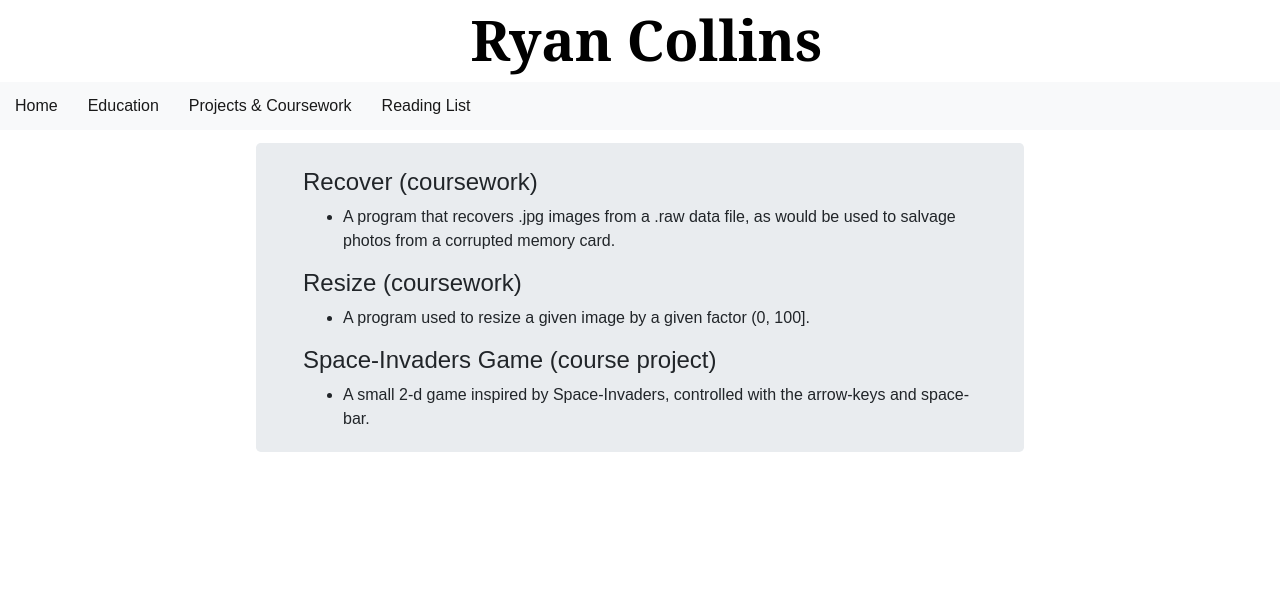
Repository: RyanMCollins/cs50
Page: pset5/homepage/projects.html
The author's editor kept a record of every edit. The page is drawn from the files as they stood at one moment, then again after the next edit.
The browser window is 1280 px wide. The pictures show the whole page.

Above is the page before.

### pset5/homepage/projects.html
<!DOCTYPE html>

<html lang="en">
    <head>
        <meta name="viewport" content="width=device-width, initial-scale=1, shrink-to-fit=no">
        <script src="https://code.jquery.com/jquery-3.3.1.slim.min.js" integrity="sha384-q8i/X+965DzO0rT7abK41JStQIAqVgRVzpbzo5smXKp4YfRvH+8abtTE1Pi6jizo" crossorigin="anonymous"></script>
        <script src="https://cdnjs.cloudflare.com/ajax/libs/popper.js/1.14.3/umd/popper.min.js" integrity="sha384-ZMP7rVo3mIykV+2+9J3UJ46jBk0WLaUAdn689aCwoqbBJiSnjAK/l8WvCWPIPm49" crossorigin="anonymous"></script>
        <script src="https://stackpath.bootstrapcdn.com/bootstrap/4.1.3/js/bootstrap.min.js" integrity="sha384-ChfqqxuZUCnJSK3+MXmPNIyE6ZbWh2IMqE241rYiqJxyMiZ6OW/JmZQ5stwEULTy" crossorigin="anonymous"></script>
        <link href="https://stackpath.bootstrapcdn.com/bootstrap/4.1.3/css/bootstrap.min.css" rel="stylesheet">
        <link href="styles.css" rel="stylesheet">
        <title>Projects & Coursework</title>
    </head>
    <body>
        <h1 id="site-title">
            Ryan Collins
        </h1>
        <nav class="navbar navbar-expand-lg navbar-light bg-light">

            <button class="navbar-toggler" type="button" data-toggle="collapse" data-target="#navbarSupportedContent" aria-controls="navbarSupportedContent" aria-expanded="false" aria-label="Toggle navigation">
                <span class="navbar-toggler-icon"></span>
              </button>

              <div class="collapse navbar-collapse" id="navbarSupportedContent">
                <ul class="navbar-nav mr-auto">
                  <li class="nav-item active">
                    <a class="nav-link" href="/home">Home<span class="sr-only">(current)</span></a>
                  </li>
                  <li class="nav-item active">
                    <a class="nav-link" href="/education">Education<span class="sr-only">(current)</span></a>
                  </li>
                  <li class="nav-item active">
                    <a class="nav-link" href="/projects">Projects & Coursework<span class="sr-only">(current)</span></a>
                  </li>
                  <li class="nav-item active">
                    <a class="nav-link" href="/readlist">Reading List<span class="sr-only">(current)</span></a>
                  </li>
                </ul>
              </div>
        </nav>
        <div class="jumbotron">
            <div class="container">
                <h4>
                    Recover (coursework)
                </h4>
                <ul>
                    <li>
                        A program that recovers .jpg images from a .raw data file, as would be used to salvage photos from a corrupted
                        memory card.
                    </li>
                </ul>
                <h4>
                    Resize (coursework)
                </h4>
                <ul>
                    <li>
                        A program used to resize a given image by a given factor (0, 100].
                    </li>
                </ul>
                <h4>
                    Space-Invaders Game (course project)
                </h4>
                <ul>
                    <li>
                        A small 2-d game inspired by Space-Invaders, controlled with the arrow-keys and space-bar.
                    </li>
                </ul>
            </div>
        </div>
    </body>
</html>

### pset5/homepage/styles.css
body {
    font-size: 14;
    font-family: "Arial";
    min-height: 100vh;
}

#site-title {
    text-align: center;
    font-size: 350%;
    font-family: "Georgia";
    font-weight: bold;
    color: #000000;
    padding-left: 1%;
    padding-bottom: .7%;
    padding-top: .45%;
    margin: 0;
}

@media  screen and (max-width: 368px) {
    #site-title {
        font-size: 200%;
    }
}

#site-title a {
    color: inherit;
    text-decoration: none;
}

.navbar {
    padding: 0;
    /*padding: 0 1%;*/
    background-color: #eee;
}

.flex-break.flex-small {
    flex: 1;
}

.flex-break.flex-large {
    flex: 2;
}

@media  screen and (max-width: 990px) {
    .flex-break.flex-large, .flex-break.flex-small {
        justify-content: flex-start!important;
    }
}

.nav-item {
    padding: 0 5px;
    margin: 4px 2px;
}

.jumbotron {
    margin: 1% 20%;
    padding-top: 2%;
    padding-bottom: 5px;
}

.main-header {
    font-size: 200%;
    font-weight: bold;
}

.sub-division {
    border-top: solid #cccccc 2px;
    margin-top: 10px;
    margin-bottom: 10px;
    padding: 10px;
}

.sub-division-header {
    display: flex;
    padding-bottom: 15px;
}

.sub-division-title {
    font-size: 24px;
    float: left;
    margin-bottom: 0px;
    margin-top: auto;
}

.sub-division-appendice {
    font-size: 18px;
    margin-bottom: 0px;
    margin-top: auto;
}

.sub-division-appendice.date {
    margin-right: 0px;
    margin-left: auto;
}

.sub-division-author {
    font-size: 20px;
    padding-bottom: 10px;
}

After the next edit:
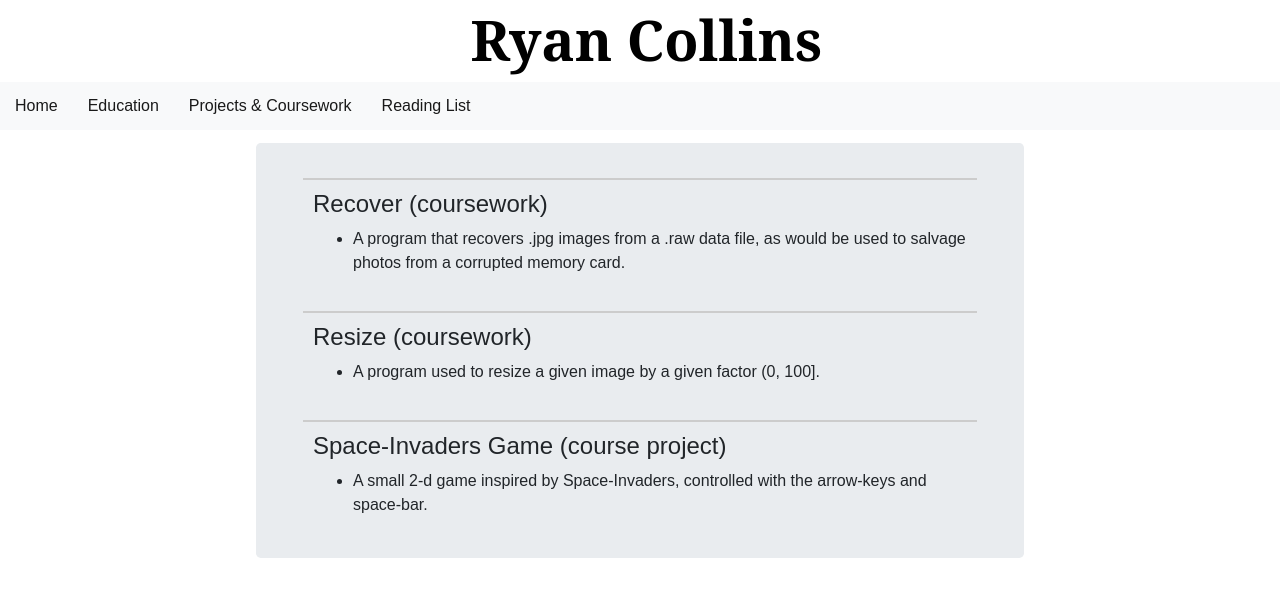
The edit:
--- a/pset5/homepage/projects.html
+++ b/pset5/homepage/projects.html
@@ -39,31 +39,37 @@
         </nav>
         <div class="jumbotron">
             <div class="container">
-                <h4>
-                    Recover (coursework)
-                </h4>
-                <ul>
-                    <li>
-                        A program that recovers .jpg images from a .raw data file, as would be used to salvage photos from a corrupted
-                        memory card.
-                    </li>
-                </ul>
-                <h4>
-                    Resize (coursework)
-                </h4>
-                <ul>
-                    <li>
-                        A program used to resize a given image by a given factor (0, 100].
-                    </li>
-                </ul>
-                <h4>
-                    Space-Invaders Game (course project)
-                </h4>
-                <ul>
-                    <li>
-                        A small 2-d game inspired by Space-Invaders, controlled with the arrow-keys and space-bar.
-                    </li>
-                </ul>
+                <div class="sub-division">
+                    <h4>
+                        Recover (coursework)
+                    </h4>
+                    <ul>
+                        <li>
+                            A program that recovers .jpg images from a .raw data file, as would be used to salvage photos from a corrupted
+                            memory card.
+                        </li>
+                    </ul>
+                </div>
+                <div class="sub-division">
+                    <h4>
+                        Resize (coursework)
+                    </h4>
+                    <ul>
+                        <li>
+                            A program used to resize a given image by a given factor (0, 100].
+                        </li>
+                    </ul>
+                </div>
+                <div class="sub-division">
+                    <h4>
+                        Space-Invaders Game (course project)
+                    </h4>
+                    <ul>
+                        <li>
+                            A small 2-d game inspired by Space-Invaders, controlled with the arrow-keys and space-bar.
+                        </li>
+                    </ul>
+                </div>
             </div>
         </div>
     </body>
